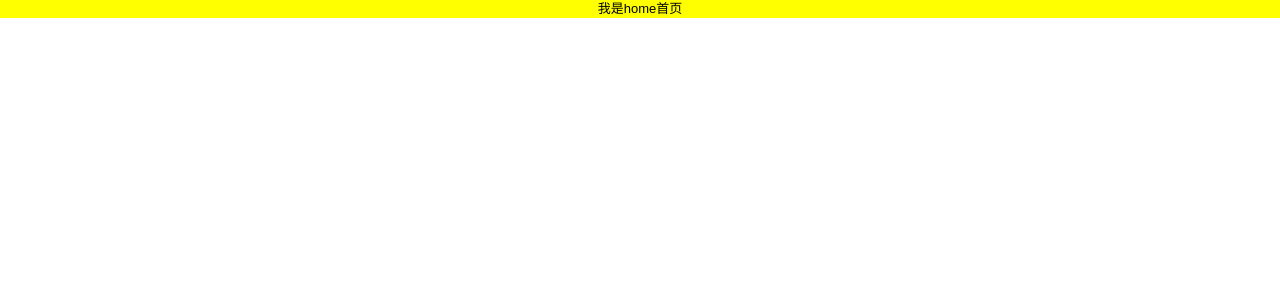
Repository: wuder-jie/Manager-System
Page: /home
An editor plug-in stored every save of this project. The page is shown before and after a run of saves, followed by the edit.
The browser window is 1280 px wide. The pictures show the whole page.
The project was rebuilt for these pictures with package versions that can differ from the ones it lists, and the page was loaded fresh each time. Also part of the build but not shown: vue.config.js.

Above is the page before, as saved 2022-11-28 13:42:15.

### src/main.js
import Vue from "vue";
import App from "./App.vue";
import ElementUI from "element-ui";
import "element-ui/lib/theme-chalk/index.css";
// 引入reset样式重置文件。
import "@/assets/css/reset.css";
// 引入图标样式
import "font-awesome/css/font-awesome.min.css";
// 引入axios
import service from "@/api/service.js";
// 引入路由器
import router from "@/router";
// 把axios挂载到原型，所有的vc都可访问。
Vue.prototype.service = service;
Vue.config.productionTip = false;
Vue.use(ElementUI);

new Vue({ router, render: (h) => h(App) }).$mount("#app");

### src/App.vue
<template>
  <div id="app">
    <router-view></router-view>
  </div>
</template>

<script>
export default {
  name: "app",
  data() {
    return {};
  },
  components: {},
  methods: {},
};
</script>
<style lang="scss">
.suc {
  background-color: red;
}
</style>

### src/assets/css/reset.css
body {
  font-family:arial,helvetica,sans-serif;
  font-size:13px;
  font-size-adjust:none;
  font-stretch:normal;
  font-style:normal;
  font-variant:normal;
  font-weight:normal;
  line-height:1.4;
  text-align:center;
  }
  *{
    margin: 0;
    padding: 0;
    box-sizing: border-box;
  }
  html,body,#app{
    width: 100%;
    height: 100%;
  }
  body, ul, ol, dl, dd, h1, h2, h3, h4, h5, h6, p, form, fieldset, legend, input, textarea, select, button, th, td {
  margin:0;
  padding:0;
  }
  h1, h2, h3, h4, h5, h6 {
  font-size:100%;
  font-weight:normal;
  }
  table {
  font-size:inherit;
  }
  input, select {
  font-family:arial,helvetica,clean,sans-serif;
  font-size:100%;
  font-size-adjust:none;
  font-stretch:normal;
  font-style:normal;
  font-variant:normal;
  font-weight:normal;
  line-height:normal;
  }
  button {
  overflow:visible;
  }
  th, em, strong, b, address, cite {
  font-style:normal;
  font-weight:normal;
  }
  li {
  list-style-image:none;
  list-style-position:outside;
  list-style-type:none;
  }
  img, fieldset {
  border:0 none;
  }
  ins {
  text-decoration:none;
  }

### src/api/service.js
import axios from "axios";
import { getToken } from "@/utils/localStorage.js";
const service = axios.create({
  baseURL: "/api2",
  timeout: 3000,
});
// 添加请求拦截器
service.interceptors.request.use(
  function (config) {
    // 在发送请求之前做些什么
    // 配置token到headers中。
    if (getToken("TOKEN")) {
      config.headers["token"] = getToken("TOKEN");
    }

    return config;
  },
  function (error) {
    // 对请求错误做些什么
    return Promise.reject(error);
  }
);

// 添加响应拦截器
service.interceptors.response.use(
  function (response) {
    // 对响应数据做点什么
    return response;
  },
  function (error) {
    // 对响应错误做点什么
    return Promise.reject(error);
  }
);
export default service;

### src/router/index.js
import Vue from "vue";
import Router from "vue-router";
Vue.use(Router);
const routes = [
  {
    path: "/",
    redirect: "/login",
  },
  {
    name: "Login",
    path: "/login",
    // 路由懒加载
    component: () => import("@/pages/login"),
  },
  {
    name: "NotFound",
    path: "*",
    // 路由懒加载
    component: () => import("@/components/common/NotFound.vue"),
  },
  {
    name: "Home",
    path: "/home",
    // 路由懒加载
    component: () => import("@/pages/home"),
    // 异步组件
    // component: (resolve) => require(["@/pages/home"], resolve),
  },
];

const router = new Router({
  mode: "history",
  routes,
});
export default router;

### src/utils/localStorage.js
export function setToken(key, value) {
  localStorage.setItem(key, value);
}
export function getToken(key) {
  return localStorage.getItem(key);
}
export function removeToken(key) {
  localStorage.removeItem(key);
}

### src/pages/home/index.vue
<template>
  <div id="home">
    <h3>我是home首页</h3>
  </div>
</template>

<script>
export default {
  name: "HomeItem",
  data() {
    return {};
  },
  components: {},
  methods: {},
};
</script>
<style lang="scss" scoped>
#home {
  background-color: yellow;
  .el-button {
    color: red;
  }
}
</style>

Loaded but not shown: public/index.html (common file)

After the next 2 saves:
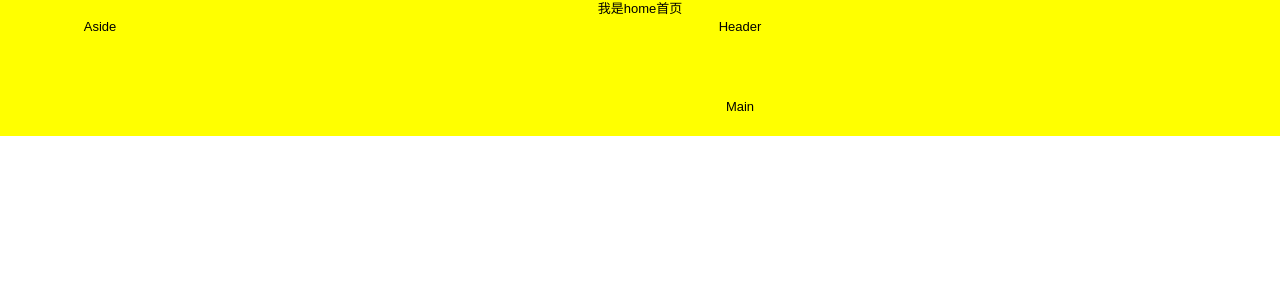
The 2 saves are shown as one change because they came seconds apart.
The last was saved 119 s later.
--- a/src/pages/home/index.vue
+++ b/src/pages/home/index.vue
@@ -1,6 +1,13 @@
 <template>
   <div id="home">
     <h3>我是home首页</h3>
+    <el-container>
+      <el-aside width="200px">Aside</el-aside>
+      <el-container>
+        <el-header>Header</el-header>
+        <el-main>Main</el-main>
+      </el-container>
+    </el-container>
   </div>
 </template>
 
